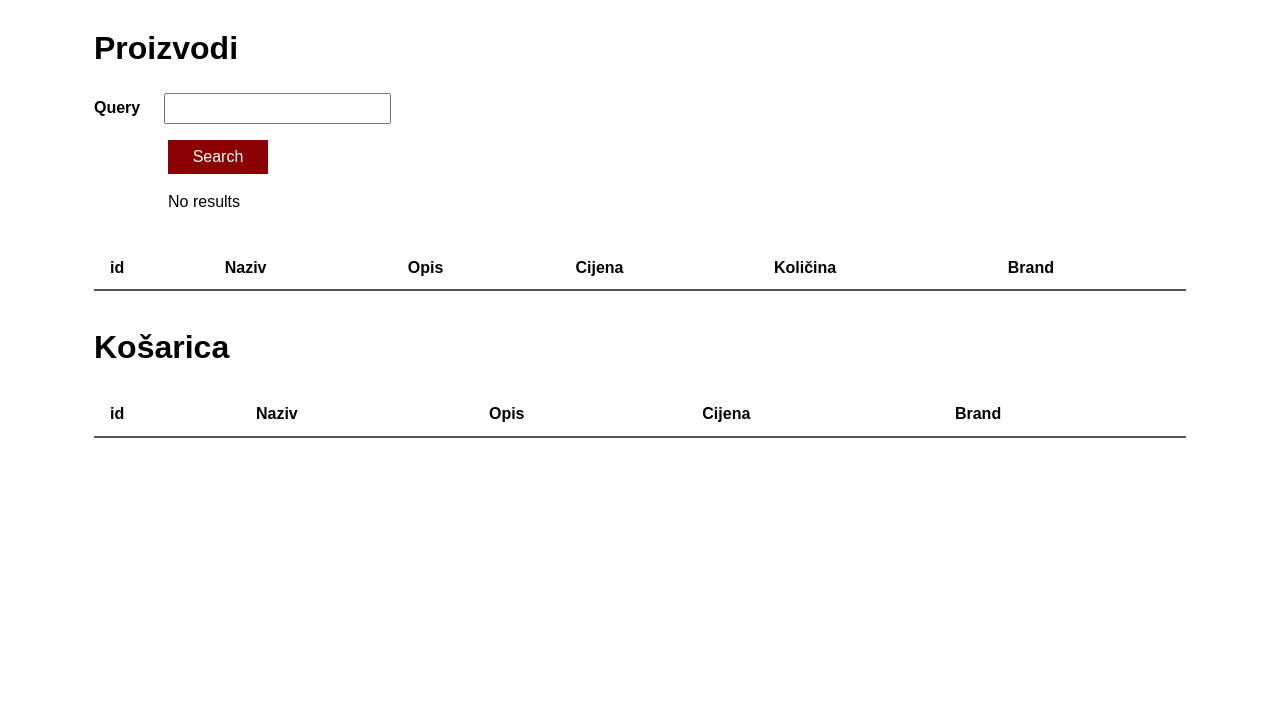
Repository: ivan-baljkas/pristupni_zadatak
Page: / (app in frontend/react-akademija-master/)
These files come from the project's save history. The page is drawn as it stood at one moment and after the next save; the edit follows.
The browser window is 1280 px wide. The pictures show the whole page.
The page's requests for data from a server got no answer. The project was rebuilt for these pictures with package versions that can differ from the ones it lists, and the page was loaded fresh each time. No one was signed in, and anything a server would have sent is missing. Also part of the build but not shown: frontend/react-akademija-master/src/components/TableItem.jsx, frontend/react-akademija-master/src/components/TableItem2.jsx.

Above is the page before, as saved 2021-07-26 05:44:32.

### frontend/react-akademija-master/public/index.html
<!DOCTYPE html>
<html lang="en">
  <head>
    <meta charset="utf-8" />
    <link rel="icon" href="%PUBLIC_URL%/favicon.ico" />
    <meta name="viewport" content="width=device-width, initial-scale=1" />
    <meta name="theme-color" content="#000000" />
    <meta
      name="description"
      content="Web site created using create-react-app"
    />
    <link rel="apple-touch-icon" href="%PUBLIC_URL%/logo192.png" />
    <!--
      manifest.json provides metadata used when your web app is installed on a
      user's mobile device or desktop. See https://developers.google.com/web/fundamentals/web-app-manifest/
    -->
    <link rel="manifest" href="%PUBLIC_URL%/manifest.json" />
    <!--
      Notice the use of %PUBLIC_URL% in the tags above.
      It will be replaced with the URL of the `public` folder during the build.
      Only files inside the `public` folder can be referenced from the HTML.

      Unlike "/favicon.ico" or "favicon.ico", "%PUBLIC_URL%/favicon.ico" will
      work correctly both with client-side routing and a non-root public URL.
      Learn how to configure a non-root public URL by running `npm run build`.
    -->
    <link rel="stylesheet" type="text/css" href="https://cdnjs.cloudflare.com/ajax/libs/normalize/8.0.1/normalize.min.css">
    <title>Ivan Baljkas</title>
  </head>
  <body>
    <noscript>You need to enable JavaScript to run this app.</noscript>
    <div id="root"></div>
    <!--
      This HTML file is a template.
      If you open it directly in the browser, you will see an empty page.

      You can add webfonts, meta tags, or analytics to this file.
      The build step will place the bundled scripts into the <body> tag.

      To begin the development, run `npm start` or `yarn start`.
      To create a production bundle, use `npm run build` or `yarn build`.
    -->
  </body>
</html>

### frontend/react-akademija-master/src/index.css
body {
  margin: 0;
  font-family: -apple-system, BlinkMacSystemFont, "Segoe UI", "Roboto", "Oxygen",
    "Ubuntu", "Cantarell", "Fira Sans", "Droid Sans", "Helvetica Neue",
    sans-serif;
  -webkit-font-smoothing: antialiased;
  -moz-osx-font-smoothing: grayscale;
}

body {
  max-width: 1140px;
  margin: 0 auto;
  padding: 24px;
  font-family: Arial, sans-serif;
  font-size: 16px;
  line-height: 1.5;
}

h1 {
  margin-top: 0;
}

html {
  box-sizing: border-box;
}
*,
*:before,
*:after {
  box-sizing: inherit;
}

table {
  border-collapse: collapse;
  text-align: left;
  margin-bottom: 2em;
  width: 100%;
}

thead {
  border-bottom: 2px solid #555;
}

thead th,
td {
  padding: 0.6em 1em;
}

tbody tr:nth-child(even) {
  background-color: #e9e9e9;
}

.pagination {
  text-align: center;
}

button {
  margin: 0 1.5em;
  background-color: darkred;
  color: white;
  border-width: 0;
  padding: 0.5em 1em;
  min-width: 100px;
}

button:disabled {
  opacity: 0.5;
}

.stats {
  border-bottom: 1px solid #555;
  padding-bottom: 1em;
  margin-bottom: 1em;
  text-align: center;
}

form div {
  margin-bottom: 1em;
}

form {
  margin-bottom: 2em;
}

form label {
  display: inline-block;
  min-width: 70px;
}

form button,
.result {
  margin-left: 74px;
}

form input {
  padding: 0.25em 0.5em;
}

form label {
  font-weight: bold;
}

### frontend/react-akademija-master/src/App.js
import React, {useState, useEffect} from "react";
import { SearchForm } from "./components/SearchForm";
import { CollectionTable } from "./components/CollectionTable";
import { TableItem } from "./components/TableItem";
import { TableItem2 } from "./components/TableItem2";
import { CollectionTable2 } from "./components/CollectionTable2";


const App = () => {

  const [state, setState]= useState({
      proizvodi:[],
      odabraniProizvodi:[],
      brandovi: [],
      searchQuery:'',
      brand:'',
      narudzbaId: 1
  });

  const [queryResult, setQueryResult]= useState('No results');


  /* Dohvaćanje proizvoda */
useEffect(() => {
  fetch(`http://localhost:8080/api/proizvod`)
    .then((data) => data.json())
    .then((data) => {
      console.log(data)
      setState({...state, proizvodi:data})
    })
    .catch((error)=>{
        console.log('Error: ',error);
    });

    fetch(`http://localhost:8080/api/brand`)
    .then((data) => data.json())
    .then((data) => {
      console.log(data)
      setState({...state, brandovi:data})
    })
    .catch((error)=>{
        console.log('Error: ',error);
    });
},[]);

const handleSearch = (event) => {
  event.preventDefault();

};

const handleQueryChange = (event) => {
  const value = event.currentTarget.value;
  setState({ ...state, searchQuery: value });
  };


const handleDodajProizvod = (proizvodId) => {

  const data = { narudzbaId: state.narudzbaId, proizvodId: proizvodId };


  fetch('http://localhost:8080/api/narudzba-proizvod', {
        method: 'POST',
        headers: {
        'Content-Type': 'application/json',
        },
        body: JSON.stringify(data),
        })
        .then(response => response.json())
        .then(data => {
        console.log('Success:', data);
          })
      .catch((error) => {
      console.error('Error:', error);
        });


  let newProizvodi = state.proizvodi;
  newProizvodi.forEach(p=>{
    if(p.id === proizvodId){
        p.kolicina=p.kolicina-1;
    }
  });


  fetch(`http://localhost:8080/api/proizvod/${proizvodId}`)
  .then((data) => data.json())
  .then((data) => {
    setState({...state,
                proizvodi:newProizvodi.filter(p=> p.kolicina>0),
               odabraniProizvodi:[...state.odabraniProizvodi, data]
              });

  })
  .catch((error)=>{
      console.log('Error: ',error);
  });

};


const handleUkloniProizvod = (proizvodId) => {

  fetch(`http://localhost:8080/api/narudzba-proizvod/${state.narudzbaId}/${proizvodId}`,
  { method: 'DELETE' })

  let newProizvodi = state.proizvodi;
  newProizvodi.forEach(p=>{
    if(p.id === proizvodId){
        p.kolicina=p.kolicina+1;
    }
  });

  let proizvodZaIzbaciti;
  let newodabraniProizvodi = state.odabraniProizvodi;
  newodabraniProizvodi.forEach(p=>{
    if(p.id === proizvodId){
        proizvodZaIzbaciti = p;
    }
  })

  const index = newodabraniProizvodi.indexOf(proizvodZaIzbaciti);
  newodabraniProizvodi.splice(index, 1)

  setState({...state,
    odabraniProizvodi:newodabraniProizvodi
   });

};

  return (
    <div>
      <header>
        <h1>
          Proizvodi
        </h1>
      </header>
      <SearchForm state={state}  handleSearch={handleSearch} handleQueryChange={handleQueryChange}>
          {queryResult}
        </SearchForm>
        <CollectionTable>
        {state.proizvodi.map(proizvod=>(
          <TableItem id={proizvod.id} {...proizvod} brandovi={state.brandovi} handleDodajProizvod={handleDodajProizvod}/>
        ))}
        </CollectionTable>
        <h1>
          Košarica
        </h1>
        <CollectionTable2>
        {state.odabraniProizvodi.map(proizvod=>(
          <TableItem2 id={proizvod.id} {...proizvod} brandovi={state.brandovi} handleUkloniProizvod={handleUkloniProizvod}/>
        ))}
        </CollectionTable2>
    </div>
  );
};

export default App;

### frontend/react-akademija-master/src/components/SearchForm.jsx
import React from 'react'

export const SearchForm = (props) =>{

    return(
        <div>
            <form  onClick={props.handleSearch}>
            <div>

                <label htmlFor="query">Query </label>
                <input type="text" id="query" name="query" onChange={props.handleQueryChange}/>
            </div>
            <div>
                <button type="submit">Search</button>
                <p class="result">{props.children}</p>
            </div>

            </form>

        </div>
    );
};

### frontend/react-akademija-master/src/components/CollectionTable.jsx
import React from 'react'

export const CollectionTable = (props) =>{

    return(
        <div>
            <table>
            <thead>
                <tr>
                    <th>id</th>
                    <th>Naziv</th>
                    <th>Opis</th>
                    <th>Cijena</th>
                    <th>Količina</th>
                    <th>Brand</th>
                </tr>
            </thead>
             <tbody>
                {props.children}
            </tbody>

            </table>
        </div>
    );
};

### frontend/react-akademija-master/src/components/CollectionTable2.jsx
import React from 'react'

export const CollectionTable2 = (props) =>{

    return(
        <div>
            <table>
            <thead>
                <tr>
                    <th>id</th>
                    <th>Naziv</th>
                    <th>Opis</th>
                    <th>Cijena</th>
                    <th>Brand</th>
                </tr>
            </thead>
             <tbody>
                {props.children}
            </tbody>

            </table>
        </div>
    );
};

Loaded but not shown: frontend/react-akademija-master/src/index.js (common file); frontend/react-akademija-master/src/reportWebVitals.js (common file)

After the next save:
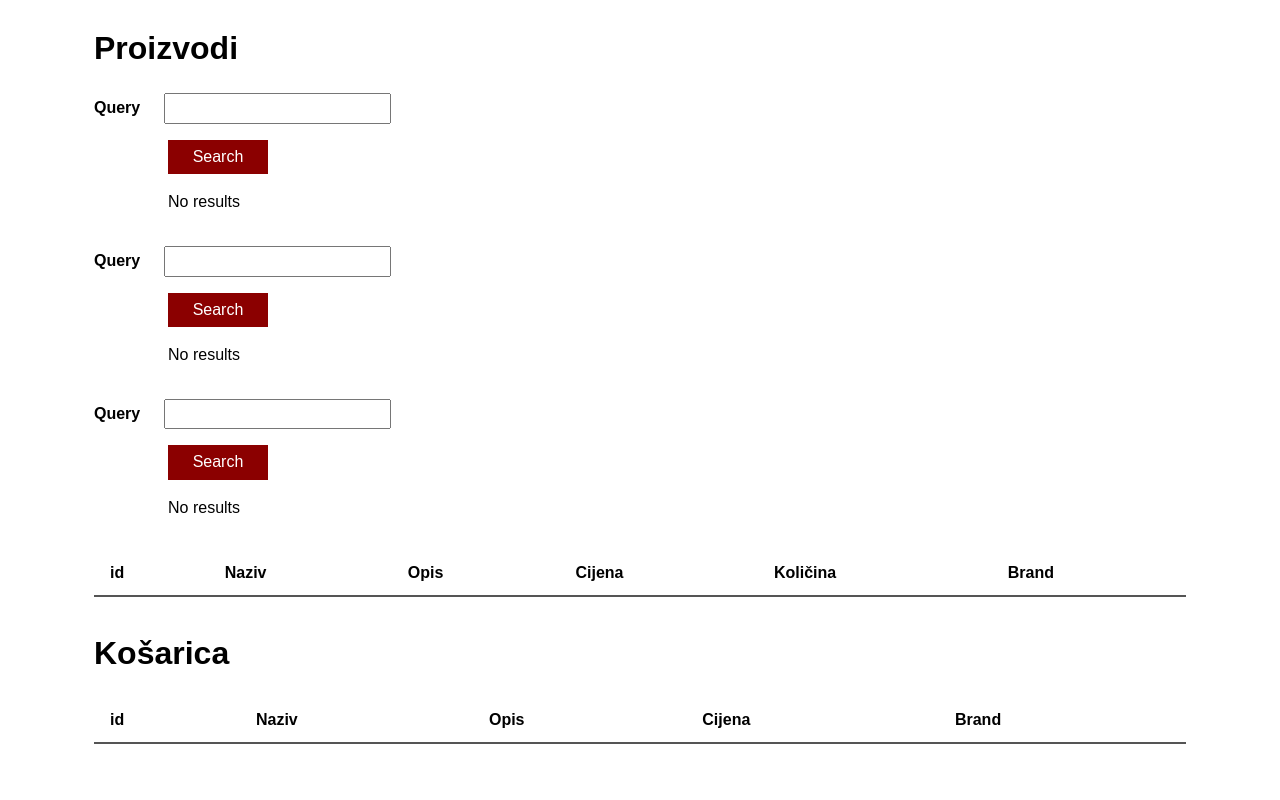
Saved 4 h 58 min later.
--- a/frontend/react-akademija-master/src/App.js
+++ b/frontend/react-akademija-master/src/App.js
@@ -138,6 +138,12 @@
       <SearchForm state={state}  handleSearch={handleSearch} handleQueryChange={handleQueryChange}>
           {queryResult}
         </SearchForm>
+        <SearchForm state={state}  handleSearch={handleSearch} handleQueryChange={handleQueryChange}>
+          {queryResult}
+        </SearchForm>
+        <SearchForm state={state}  handleSearch={handleSearch} handleQueryChange={handleQueryChange}>
+          {queryResult}
+        </SearchForm>
         <CollectionTable>
         {state.proizvodi.map(proizvod=>(
           <TableItem id={proizvod.id} {...proizvod} brandovi={state.brandovi} handleDodajProizvod={handleDodajProizvod}/>

After the save that followed:
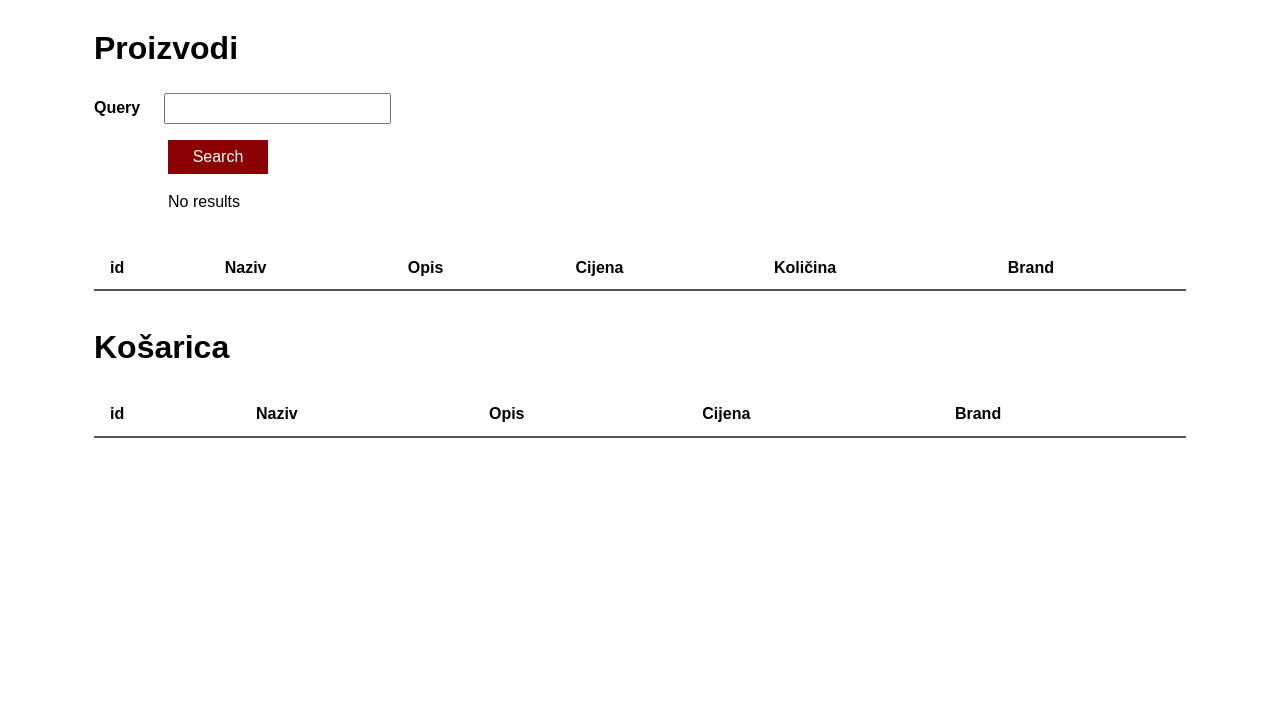
Saved 15 s later.
--- a/frontend/react-akademija-master/src/App.js
+++ b/frontend/react-akademija-master/src/App.js
@@ -138,12 +138,6 @@
       <SearchForm state={state}  handleSearch={handleSearch} handleQueryChange={handleQueryChange}>
           {queryResult}
         </SearchForm>
-        <SearchForm state={state}  handleSearch={handleSearch} handleQueryChange={handleQueryChange}>
-          {queryResult}
-        </SearchForm>
-        <SearchForm state={state}  handleSearch={handleSearch} handleQueryChange={handleQueryChange}>
-          {queryResult}
-        </SearchForm>
         <CollectionTable>
         {state.proizvodi.map(proizvod=>(
           <TableItem id={proizvod.id} {...proizvod} brandovi={state.brandovi} handleDodajProizvod={handleDodajProizvod}/>
